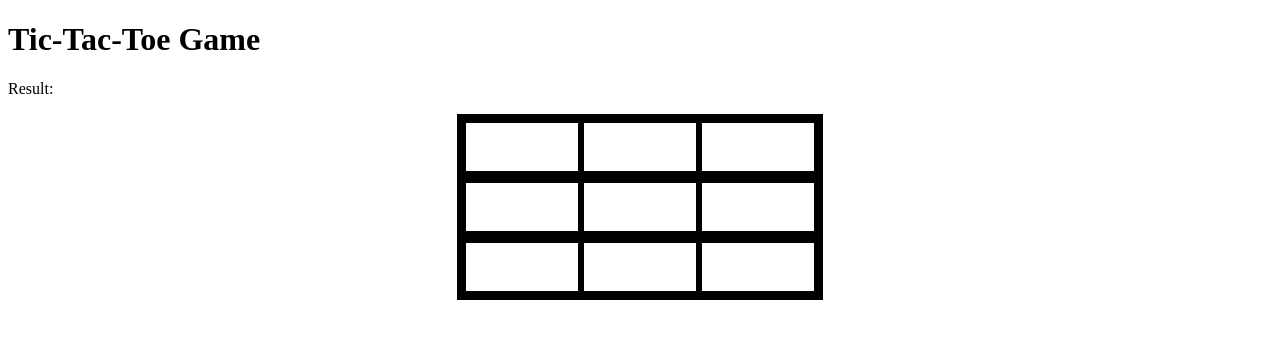
Repository: 0101chaitanya/Tic-Tac-Toe
Page: index.html
These files come from the project's save history. The page is drawn as it stood at one moment and after the next save; the edit follows.
The browser window is 1280 px wide. The pictures show the whole page.

Above is the page before, as saved 2021-06-09 17:41:16.

After the next save:
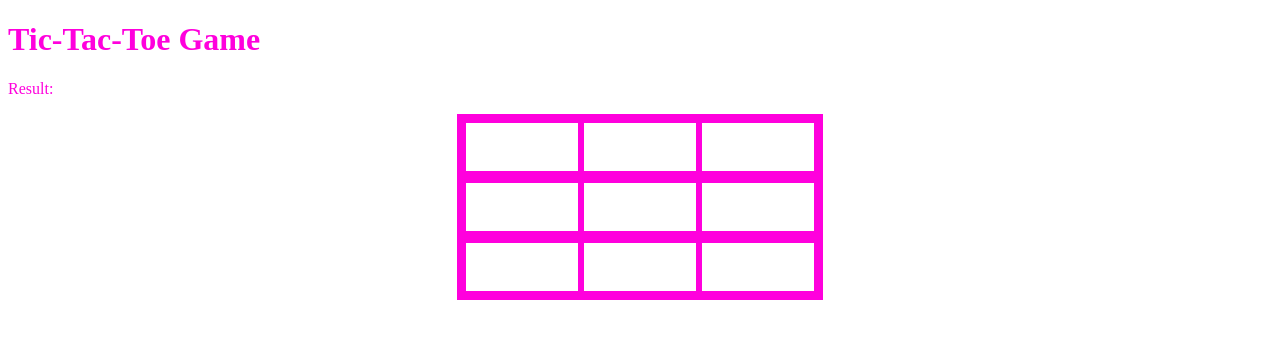
Saved 86 s later.
--- a/styles.css
+++ b/styles.css
@@ -5,13 +5,13 @@
 }
 
 }
-@media  screen and (max-width: 400px){
+@media  screen and (min-width: 401px) and (max-width: 800px){
     :root{
         color:rgb(30, 255, 0);
 
 }
 
-}@media  screen and (max-width: 400px){
+}@media  screen and (min-width: 801px) {
     :root{
         color:rgb(255, 0, 221);
 
